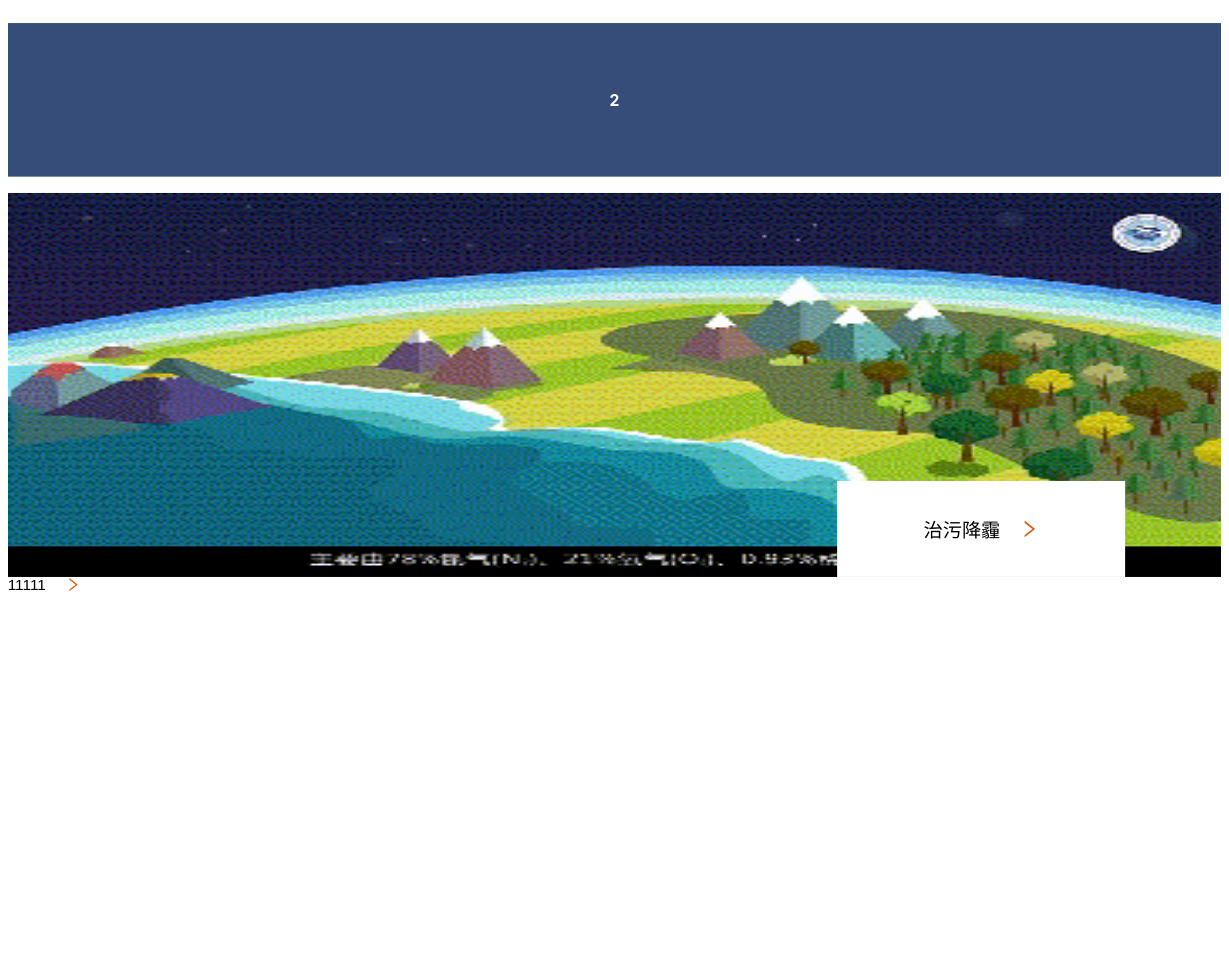
Repository: samllbin/summerWeb
Page: /
These files come from the project's save history. The page is drawn as it stood at one moment and after the next save; the edit follows.
The browser window is 1280 px wide. The pictures show the whole page, at 96% of full size.
The project was rebuilt for these pictures with package versions that can differ from the ones it lists, and the page was loaded fresh each time. Also part of the build but not shown: vite.config.js, components/menu/config.js, components/menu/MenuTab.jsx, components/content/index.module.css, components/content/index.jsx.

Above is the page before, as saved 2024-07-22 15:57:27.

### src/App.jsx
import React, { useState } from "react";
import style from "./assets/index.module.css";
import Carousel from "@components/carousel/index";
import MenuTab from "@components/menu/MenuTab";
import Content from "@components/content";
import Article from "@components/article";

export default function App() {
  const [current, setCurrent] = useState("1");
  return (
    <div>
      <Carousel />
      <div className={style.layout}>
        {/* <MenuTab setCurrent={setCurrent} current={current} /> */}
        {/* <Content /> */}
        <Article type={"all"} />
        <Article type={"right"} />
      </div>
    </div>
  );
}

### src/assets/index.module.css
.layout {
  display: flex;
  flex-direction: column;
}

### components/carousel/index.jsx
import React from "react";
import { Carousel } from "antd";
import style from "./index.module.css";

export default function carousel() {
  return (
    <Carousel autoplay>
      <div>
        <h3 className={style.contentStyle}>1</h3>
      </div>
      <div>
        <h3 className={style.contentStyle}>2</h3>
      </div>
      <div>
        <h3 className={style.contentStyle}>3</h3>
      </div>
      <div>
        <h3 className={style.contentStyle}>4</h3>
      </div>
    </Carousel>
  );
}

### components/article/index.jsx
import React from "react";
import style from "./index.module.css";
import { RightOutlined } from "@ant-design/icons";

export default function Article({ type, imgURL, title }) {
  return (
    <div className={style.layout}>
      {type === "all" ? (
        <div className={style.allLayout}>
          <img
            src="../../public/大气组成.png"
            alt="article"
            className={style.allImage}
          />
          <div className={style.allTitle}>
            治污降霾
            <RightOutlined style={{ color: "#d55c19", marginLeft: 20 }} />
          </div>
        </div>
      ) : type === "right" ? (
        <div className={style.rightLayout}>
          <img src="" alt="" className={style.rightImage} />
          <div className={style.rightTitle}>
            11111
            <RightOutlined style={{ color: "#d55c19", marginLeft: 20 }} />
          </div>
        </div>
      ) : (
        <div></div>
      )}
    </div>
  );
}

### components/carousel/index.module.css
.contentStyle {
  height: 160px;
  color: #fff;
  line-height: 160px;
  text-align: center;
  background: #364d79;
}

### components/article/index.module.css
.layout {
  display: flex;
  font-family: "宋体", sans-serif;
  height: 400px;
  width: 100%;
}
.allLayout {
  display: flex;
  position: relative;
  width: 100%;
}
.allImage {
  width: 100%;
}

.allTitle {
  display: flex;
  align-items: center;
  justify-content: center;
  position: absolute;
  right: 100px;
  bottom: 0;
  background-color: #fff;
  width: 300px;
  height: 100px;
  font-size: 20px;
  font-weight: 500;
  cursor: pointer;
}

.rightLayout {
  display: flex;
  flex: 1;
}

Loaded but not shown: index.html (common file); src/main.jsx (common file)

After the next save:
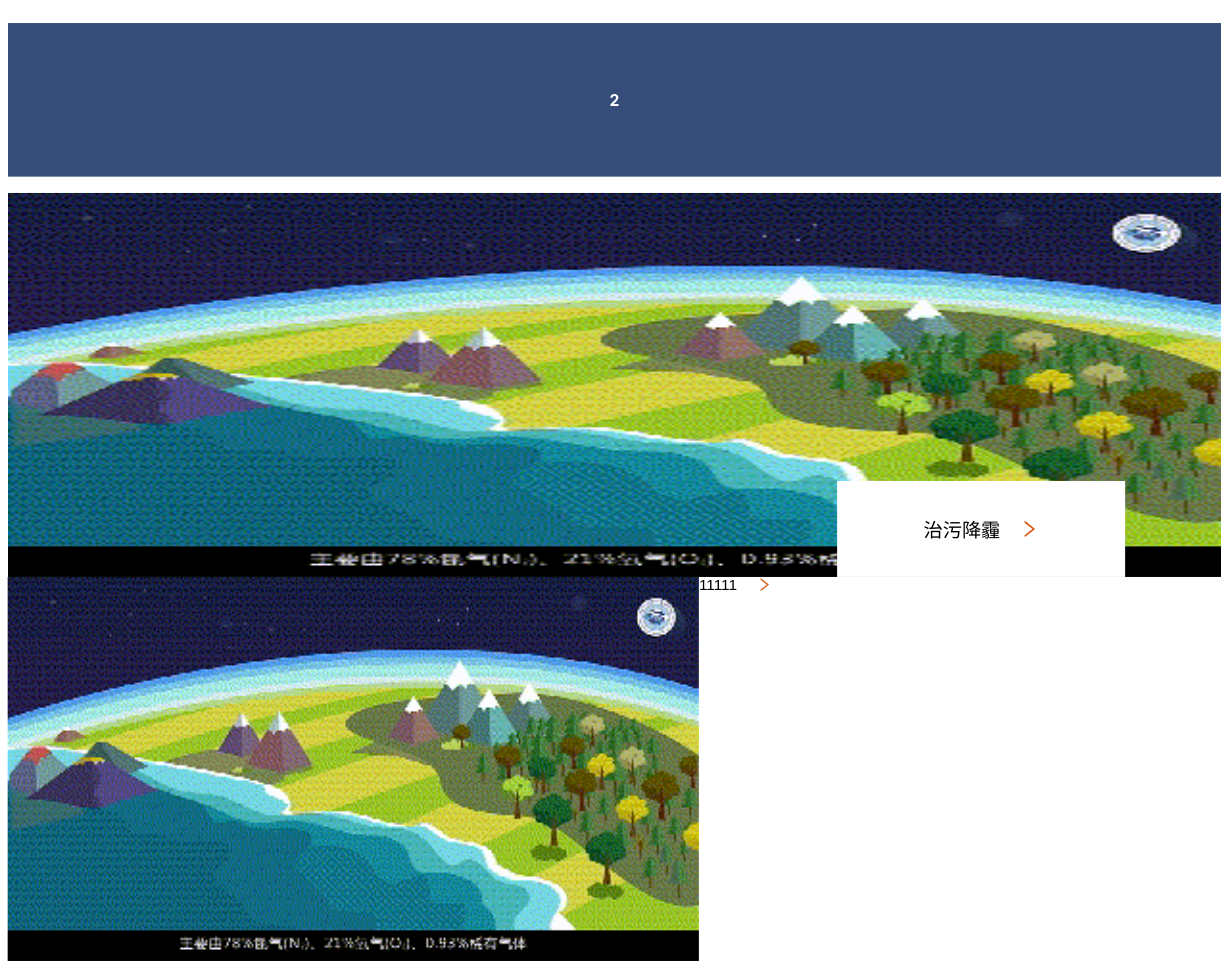
Saved 31 s later.
--- a/components/article/index.jsx
+++ b/components/article/index.jsx
@@ -19,7 +19,11 @@ export default function Article({ type, imgURL, title }) {
         </div>
       ) : type === "right" ? (
         <div className={style.rightLayout}>
-          <img src="" alt="" className={style.rightImage} />
+          <img
+            src="../../public/大气组成.png"
+            alt=""
+            className={style.rightImage}
+          />
           <div className={style.rightTitle}>
             11111
             <RightOutlined style={{ color: "#d55c19", marginLeft: 20 }} />
